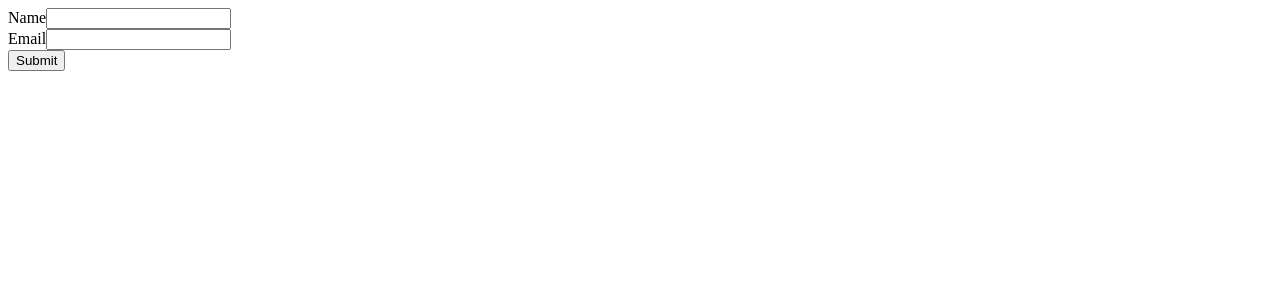
Repository: suryapattnayak/javascript
Page: RegistrationExample/WebContent/RegistrationForm.html
An editor plug-in stored every save of this project. The page is shown before and after the next save, followed by the edit.
The browser window is 1280 px wide. The pictures show the whole page.

Above is the page before, as saved 2019-09-05 07:50:42.

### RegistrationExample/WebContent/RegistrationForm.html
<!DOCTYPE html>
<html>
<head>
<meta charset="ISO-8859-1">
<title>Registration form</title>
</head>
<body>
	<form action="RegistrationController" method="post">
		Name<input type="text" name="user"><br>
		Email<input type="Password" name="pass"><br>
		<input type="submit" name="Register" >
	</form>
</body>
</html>

After the next save:
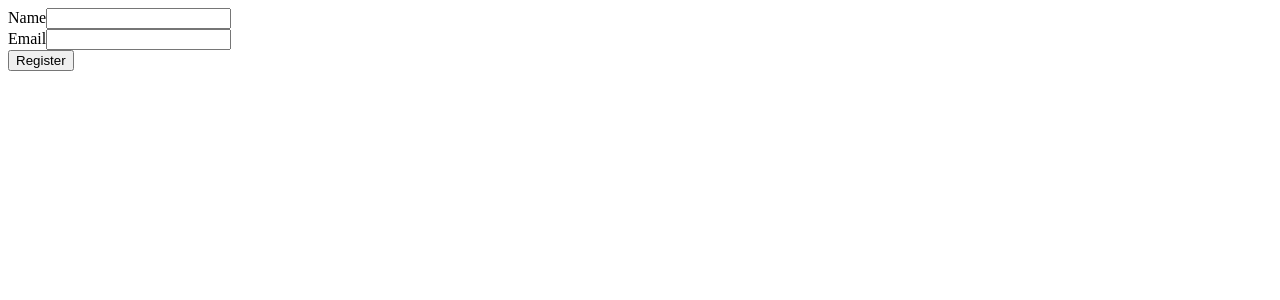
Saved 47 s later.
--- a/RegistrationExample/WebContent/RegistrationForm.html
+++ b/RegistrationExample/WebContent/RegistrationForm.html
@@ -8,7 +8,7 @@
 	<form action="RegistrationController" method="post">
 		Name<input type="text" name="user"><br>
 		Email<input type="Password" name="pass"><br>
-		<input type="submit" name="Register" >
+		<input type="submit" value="Register" >
 	</form>
 </body>
 </html>
